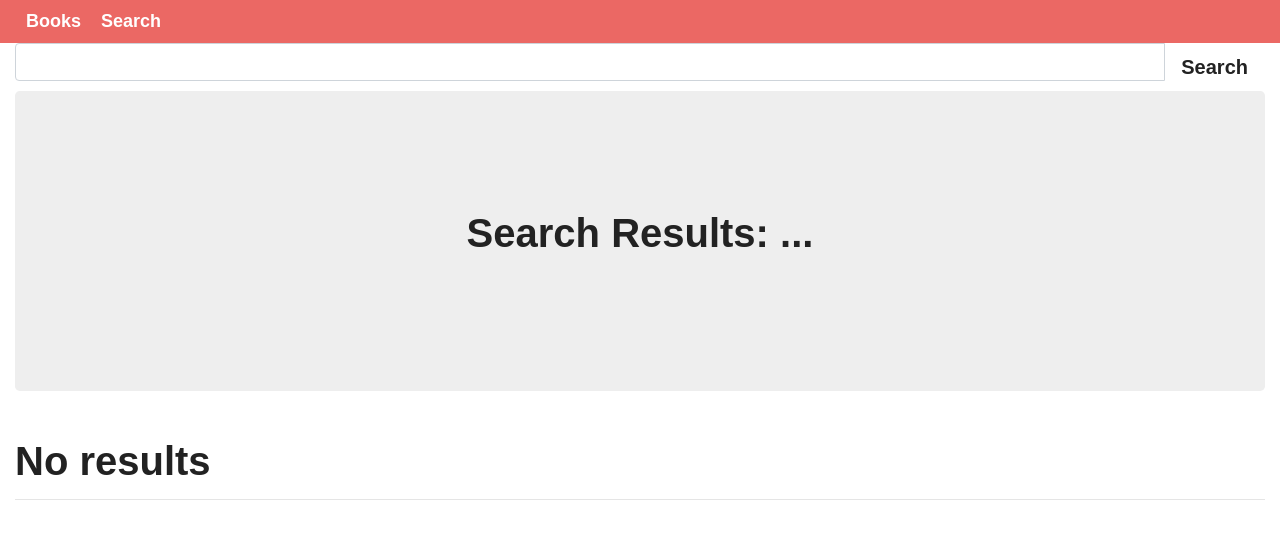
Repository: ionathas78/gBooksScanner
Page: /search (app in client/)
These files come from the project's save history. The page is drawn as it stood at one moment and after the next save; the edit follows.
The browser window is 1280 px wide. The pictures show the whole page.
The page's requests for data from a server got no answer. Some web fonts or font styles are not loaded; a fallback is used. Some web libraries are served in a nearby version. The project was rebuilt for these pictures with package versions that can differ from the ones it lists, and the page was loaded fresh each time. No one was signed in, and anything a server would have sent is missing. Also part of the build but not shown: client/src/components/DeleteBtn/style.css, client/src/components/DeleteBtn/index.js, client/src/components/List/style.css, client/src/components/List/index.js, client/src/pages/Books.js, client/src/Alert/index.js, client/src/pages/NoMatch.js.

Above is the page before, as saved 2020-05-21 00:55:00.

### client/public/index.html
<!doctype html>
<html lang="en">

<head>
  <meta charset="utf-8">
  <meta name="viewport" content="width=device-width, initial-scale=1, shrink-to-fit=no">
  <meta name="theme-color" content="#000000">
  <link rel="manifest" href="%PUBLIC_URL%/manifest.json">
  <link rel="shortcut icon" href="%PUBLIC_URL%/favicon.ico">
  <link rel="stylesheet" href="https://cdnjs.cloudflare.com/ajax/libs/bootswatch/4.0.0/journal/bootstrap.min.css" />
  <title>gBookScanner</title>
</head>

<body>
  <noscript>
    You need to enable JavaScript to run this app.
  </noscript>
  <div id="root"></div>
</body>

</html>

### client/src/App.js
import React from "react";
import { BrowserRouter as Router, Route, Switch } from "react-router-dom";
import Books from "./pages/Books";
// import Detail from "./pages/Detail";
import Search from "./pages/Search";
import NoMatch from "./pages/NoMatch";
import Nav from "./components/Nav";
// const config = require("dotenv").config();

function App() {
  // console.log(config);

  return (
    <Router>
      <div>
        <Nav
          children={[
            { name: "Books", path: "/"},
            { name: "Search", path: "/search"}
            // { name: "Detail", path: "/books"}
          ]}
        />
        <Switch>
          <Route exact path={["/"]}>
            <Books />
          </Route>
          <Route exact path={["/search", "/search/:searchTerm"]}>
            <Search />
          </Route>
          {/* <Route exact path={["/books", "/books/:id"]}>
            <Detail />
          </Route> */}
          <Route>
            <NoMatch />
          </Route>
        </Switch>
      </div>
    </Router>
  );
}

export default App;

### client/src/pages/Search.js
import React, { useEffect, useState } from "react";
import { useParams } from "react-router-dom";
import { Col, Row, Container } from "../components/Grid";
import { Media, MediaItem } from "../components/Media";
import Jumbotron from "../components/Jumbotron";
import SearchBar from "../components/SearchBar";
import API from "../utils/API";
import Alert from "../Alert";

const KEY_ENTER = 13;

function Search(props) {
  const [books, setBooks] = useState([]);
  const [myBooks, setMyBooks] = useState([]);
  const [search, setSearch] = useState("");
  const { searchTerm } = useParams();

  useEffect(() => {
    API.getBooks()
      .then(res => {
        // console.log(res);
        setMyBooks(res.data);
      })
      .catch(err => console.log(err));

    if (!searchTerm) {
      return;
    } else {
      setSearch(searchTerm);
    }

    API.searchBooks(search)
      .then(res => setBooks(res.data.items))
      .catch(err => console.log(err));
  }, [])

  function bookData(apiEntry) {
    const {
      authors,
      title,
      description,
      imageLinks,
      infoLink
      // maturityRating,
      // pageCount,
      // previewLink,
      // subtitle,
      // categories
    } = apiEntry.volumeInfo;
    const id = apiEntry.id;

    // console.log(id, authors, title, subtitle, categories,
    //   description, imageLinks, infoLink, maturityRating,
    //   pageCount, previewLink);

    return {
      id: id,
      title: title,
      authors: authors,
      description: description,
      // image: (imageLinks ? imageLinks.thumbnail : ""),
      image: (imageLinks ? imageLinks.smallThumbnail : ""),
      link: infoLink
    }
  }

  function handleClick(event) {
    event.preventDefault();

    let bookToSave = bookData(books[event.target.id]);
    // console.log(bookToSave);
    API.saveBook(bookToSave);
    API.getBooks()
      .then(res => {
        // console.log(res);
        setMyBooks(res.data);

        return (
          <Alert
            type="active"
            message={"Added " + bookToSave.title}
          />
        )
      })
      .catch(err => console.log(err));
  }

  function handleChange(event) {
    event.preventDefault();
    setSearch(event.target.value);
  }

  function handleKeydown(event) {
    if (event.keyCode === KEY_ENTER) {
      event.preventDefault();
      if (search) {
        API.searchBooks(search)
        .then(res => setBooks(res.data.items))
        .catch(err => console.log(err));
      }
    }
  }

  function handleSearch(event) {
    event.preventDefault();
    if (search) {
      API.searchBooks(search)
      .then(res => setBooks(res.data.items))
      .catch(err => console.log(err));
    }
  }

  function bookImage(title, link) {
    // console.log(link, title);
    if (link) {
      return (
        <img
          alt={title + " book cover"}
          src={link}
          height="300"
          style={{ float: "left", margin: "10px 20px" }}
        />
      )
    } else {
      return;
    }
  }

  // console.log(books);
  let i = -1;
  let j = -1;
  return (
      <Container fluid>
        <Row>
          <Col size="md-12">
            <SearchBar
              name="search"
              placeholder="Enter Search Term(s)"
              id="search"
              onChange={handleChange}
              onClick={handleSearch}
              onKeyDown={handleKeydown}
            />
          </Col>
        </Row>
        <Row>
          <Col size="md-12">
            <Jumbotron>
              <h1>
                Search Results: {search ? '\'' + search.trim() + '\'' : "..."}
              </h1>
            </Jumbotron>
          </Col>
        </Row>

        <Row>
          <Media
            children={
              myBooks.map(item => {
                j++;
                // console.log(j, item.image, item.title);
                return (
                  <MediaItem
                    key={j}
                    imageSrc={item.image}
                    altText={item.title}
                    link={item.link}
                  />
                )
              })
            }
          >
          </Media>
        </Row>

        {
          ((!books || !books.length) ?
            <h1>No results</h1>
            :
            books.map(entry => {
              let book = bookData(entry);
              i++;
              // console.log(book);
              return (
                <Row key={i}>
                  <Col size="md-10 md-offset-1">
                    <article>
                      {
                        bookImage(book.title, book.image)
                      }
                      <h2>
                        <a href={book.link} >
                          {book.title}
                        </a>
                      </h2>
                      <button
                        className="success"
                        onClick={handleClick}
                        id={i}
                        style={{ float: "right", margin: "5px" }}
                      >
                        +
                      </button>
                      <h3>by {(book.authors ? book.authors.join(", ") : "")}</h3>
                      <p>
                        {book.description}
                      </p>
                    </article>
                  </Col>
                </Row>
            )
          })
          )
        }
        <hr/>

        {/* <Row>
          <Col size="md-2">
            <Link to="/">← Back to Authors</Link>
          </Col>
        </Row> */}
      </Container>
    );
  }


export default Search;

### client/src/components/Nav/index.js
import React from "react";
import { Link } from "react-router-dom";


function Nav({children}) {
  let i = -1;
  return (
    <nav className="navbar navbar-expand-lg navbar-dark bg-primary flex-start">
      {children.map(item => {
        i++;
        return (
          <Link
            key={i}
            style={{ color: "white", margin: "0 10px" }}
            to={item.path}
          >
            {item.name}
          </Link>
        )
      })}
    </nav>
  );
}

export default Nav;

### client/src/utils/API.js
import axios from "axios";
require("dotenv");

export default {
  // Gets all books
  getBooks: function() {
    return axios.get("/api/books");
  },
  // Gets the book with the given id
  getBook: function(id) {
    return axios.get("/api/books/" + id);
  },
  // Deletes the book with the given id
  deleteBook: function(id) {
    return axios.delete("/api/books/" + id);
  },
  // Saves a book to the database
  saveBook: function(bookData) {
    // console.log(bookData)
    return axios.post("/api/books/", bookData);
  },
  searchBooks: function(searchTerm) {
    let queryString = "https://www.googleapis.com/books/v1/volumes?q=";
    // let apiKey = "&key=" + process.env.API_KEY;
    // let apiKey = "&key=AIzaSyBwM7wSmJtrmNB64WSHYDrIvkjeauOQcto";
    let apiKey="";
    // console.log(process.env.API_KEY);

    return axios.get(queryString + searchTerm + apiKey);
  }
};

### client/src/components/Grid/index.js
import React from "react";

// Exporting the Container, Row, and Col components from this file

// This Container component allows us to use a bootstrap container without worrying about class names
export function Container({ fluid, children }) {
  return <div className={`container${fluid ? "-fluid" : ""}`}>{children}</div>;
}

// This Row component lets us use a bootstrap row without having to think about class names
export function Row({ fluid, children }) {
  return <div className={`row${fluid ? "-fluid" : ""}`}>{children}</div>;
}

// This Col component lets us size bootstrap columns with less syntax
// e.g. <Col size="md-12"> instead of <div className="col-md-12">
export function Col({ size, children }) {
  return (
    <div
      className={size
        .split(" ")
        .map(size => "col-" + size)
        .join(" ")}
    >
      {children}
    </div>
  );
}

### client/src/components/Media/index.js
import React from "react";

// Destructuring the type, className, children and onClick props, applying them to the button element
export function Media({ children }) {
  return (
    <ul className="list-unstyled d-flex" style={{ maxWidth: "90%", marginLeft: "5%", overflow: "auto" }}>
      {children.map(item => item)}
    </ul>
  );
}

export function MediaItem({key, imageSrc, altText, link}) {
  return (
    <li className="media" key={key} style={{ margin: "0 10px" }}>
      <a href={link} >
        <img src={imageSrc} className="mr-3" alt={altText} />
      </a>
    </li>
  );
}

### client/src/components/SearchBar/index.js
import React from "react";

// This component lets us use a bootstrap input element without worrying about class names
// or manually wrapping the input with a form-group div
// All of the props passed to this component are spread onto the input element
function SearchBar({ type = "default", className, onChange, onClick, onKeyDown, props }) {
  return (
    <div className="input-group">
      <input className="form-control" type="text" onChange={onChange} onKeyDown={onKeyDown} {...props} />
      <div className="input-group-append">
        <button onClick={onClick} className={["btn btn-lg", `btn-${type}`, className].join(" ")} type="button">
          Search
        </button>
      </div>
    </div>
  );
}

export default SearchBar;

Loaded but not shown: client/src/index.js (common file); client/src/components/Jumbotron/index.js (common file)

After the next save:
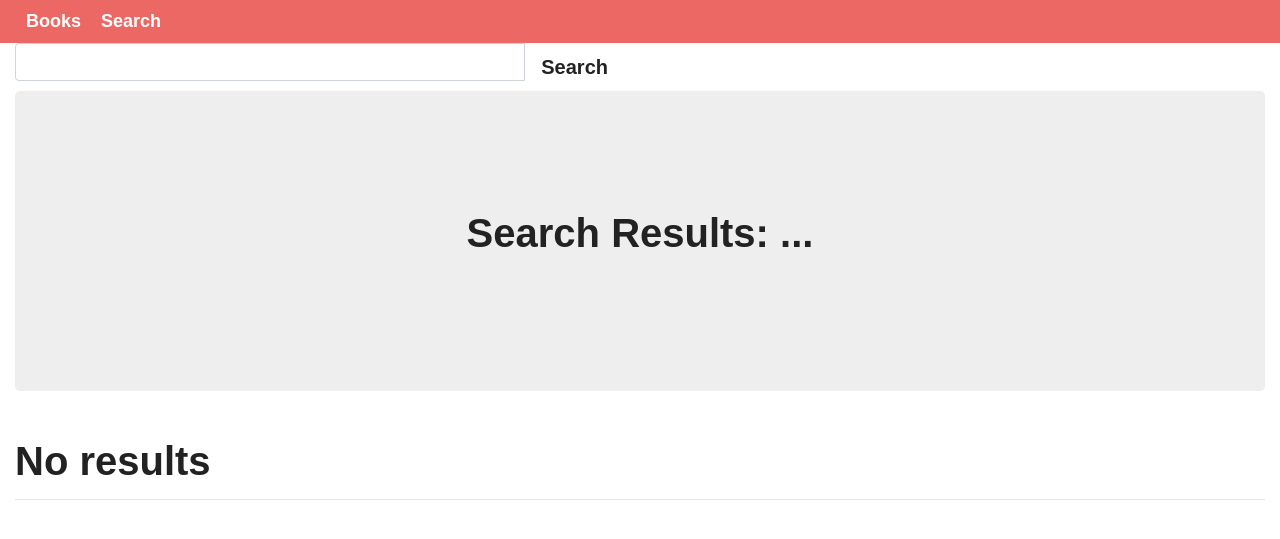
Saved 4 min 15 s later.
--- a/client/src/pages/Search.js
+++ b/client/src/pages/Search.js
@@ -132,7 +132,7 @@ function Search(props) {
   return (
       <Container fluid>
         <Row>
-          <Col size="md-12">
+          <Col size="md-6 sm-12">
             <SearchBar
               name="search"
               placeholder="Enter Search Term(s)"
